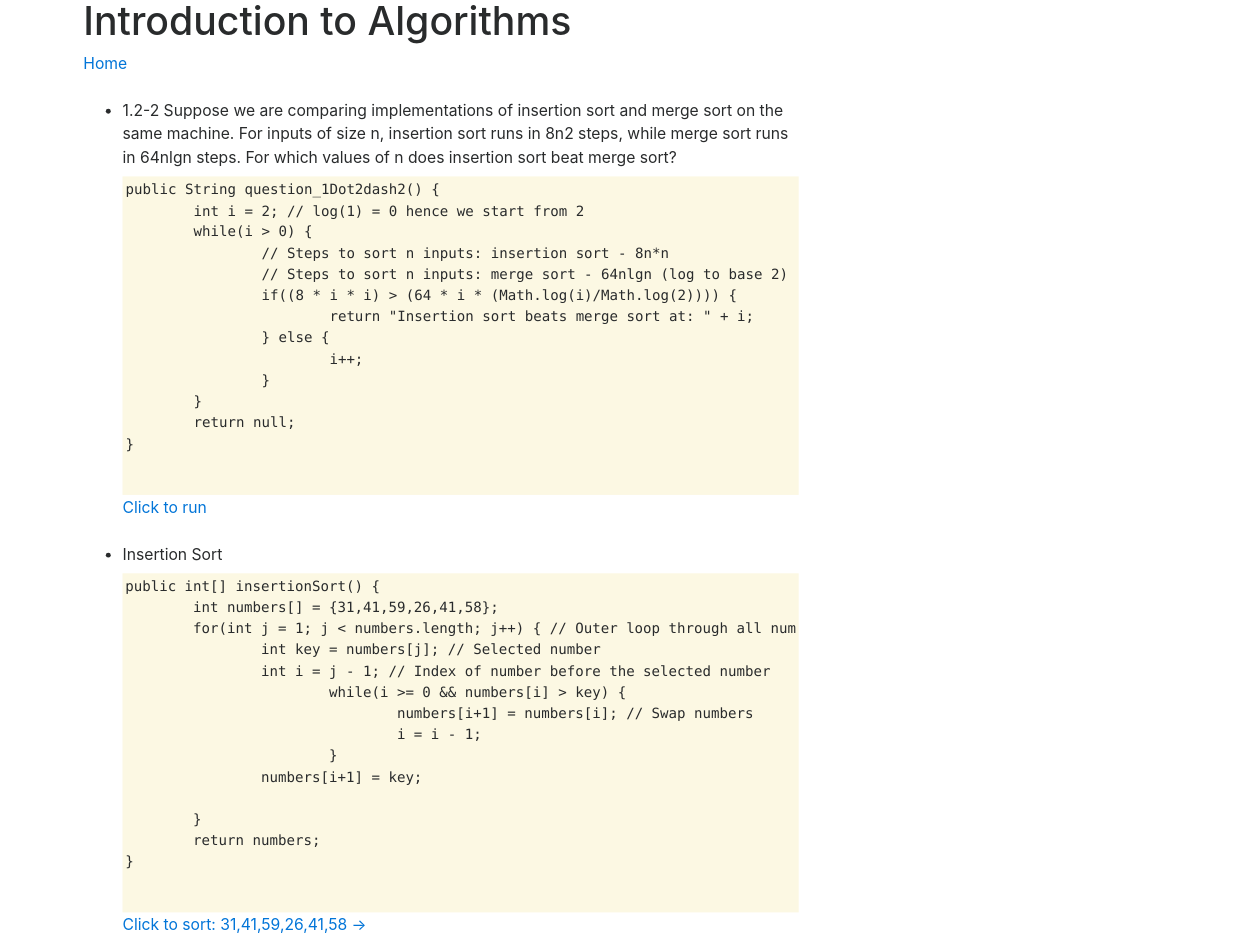
Repository: baltejas/algorithms
Page: http://localhost/algorithms/WEB-INF/views/index.jsp
These files come from the project's save history. The page is drawn as it stood at one moment and after the next save; the edit follows.
The browser window is 1280 px wide. The pictures show the whole page, at 98% of full size.
The page is served by Tomcat 9. Nobody is signed in. The template is opened directly, without the code that normally fills it, so the values that code supplies are empty.

Above is the page before, as saved 2017-05-07 00:45:42.

After the next save:
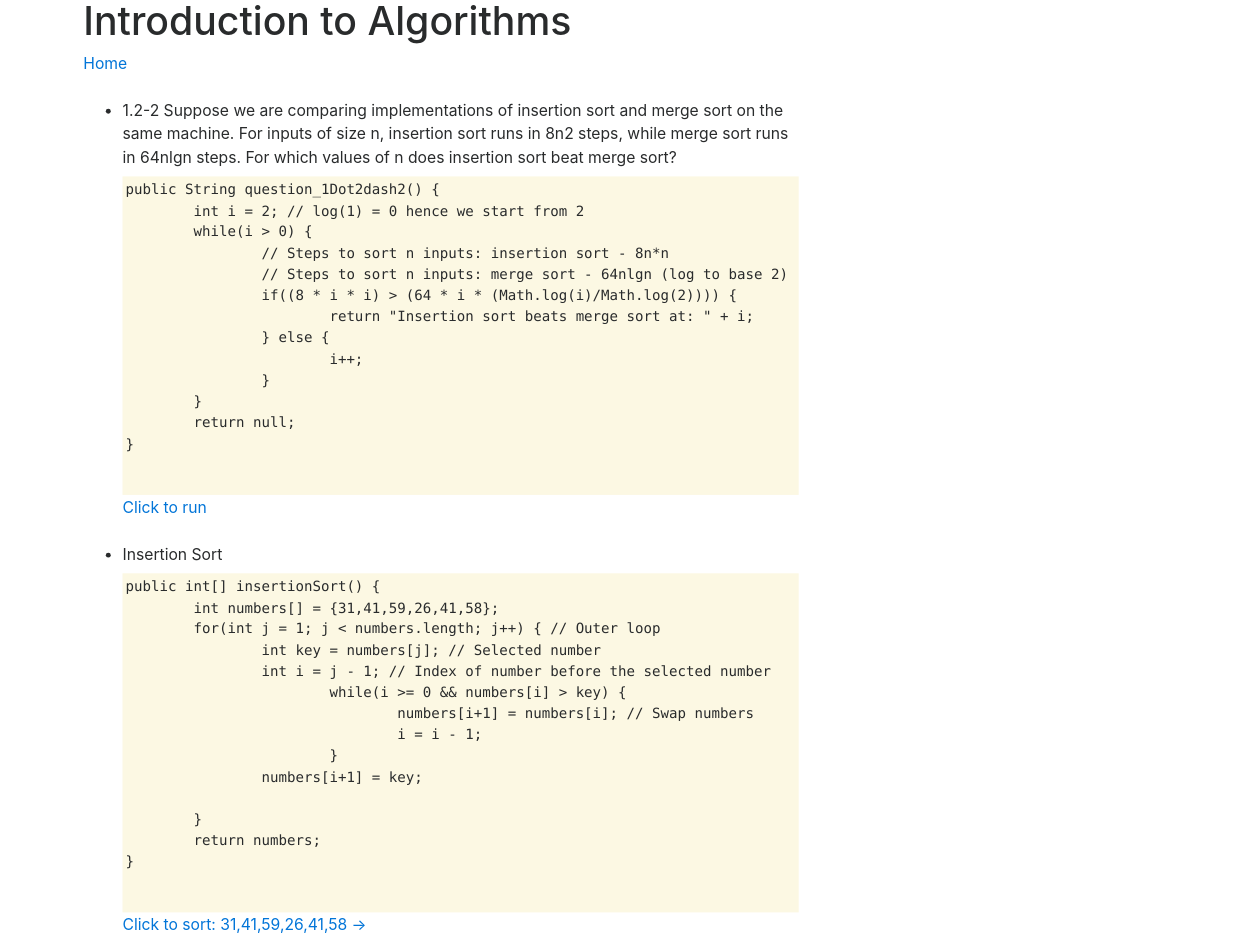
Saved 31 s later.
--- a/algorithms/src/main/webapp/WEB-INF/views/index.jsp
+++ b/algorithms/src/main/webapp/WEB-INF/views/index.jsp
@@ -35,7 +35,7 @@ public String question_1Dot2dash2() {
 								<div class="mt-2 mark"><pre>
 public int[] insertionSort() {
 	int numbers[] = {31,41,59,26,41,58};
-	for(int j = 1; j < numbers.length; j++) { // Outer loop through all numbers
+	for(int j = 1; j < numbers.length; j++) { // Outer loop
 		int key = numbers[j]; // Selected number
 		int i = j - 1; // Index of number before the selected number
 			while(i >= 0 && numbers[i] > key) {
